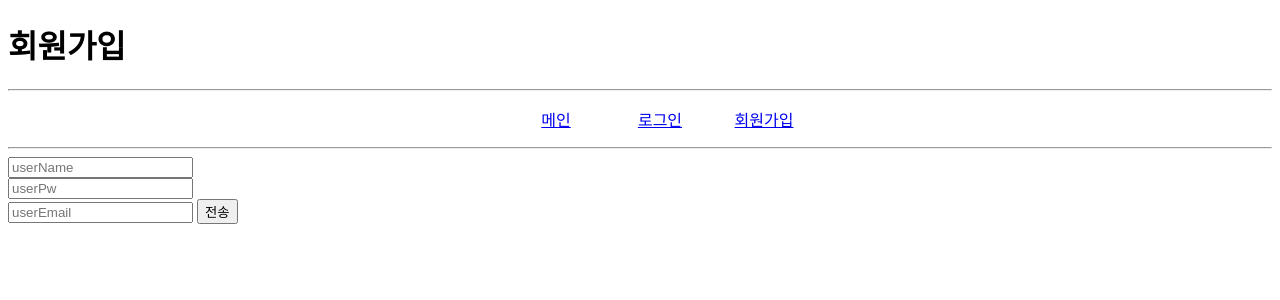
Repository: leesangbok/jsp-work
Page: http://localhost/cos/join.jsp
These files come from the project's save history. The page is drawn as it stood at one moment and after a run of saves; the edit follows.
The browser window is 1280 px wide. The pictures show the whole page.
The page is served by Tomcat 9.

Above is the page before, as saved 2020-08-22 06:28:08.

### cos/WebContent/join.jsp
<%@ page language="java" contentType="text/html; charset=UTF-8"
    pageEncoding="UTF-8"%>
<!DOCTYPE html>
<html>
<head>
<meta charset="UTF-8">
<title>회원가입</title>
 <style>
 	ul{text-align: center;}
 	li{display: inline-block; width: 100px;}
 </style>
</head>
<body>
	<h1>회원가입</h1>
	<hr/>
	<ul>
		<li><a href="main.jsp" title="메인">메인</a></li>
		<li><a href="login.jsp" title="로그인">로그인</a></li>
		<li><a href="join.jsp" title="회원가입">회원가입</a></li>
	</ul>
	<hr/>
	<!-- form태그 :: 데이터를 전송하기 위한 박스 이다 -->
	<form action="joinProc.jsp" method="post">
		<input type="text" name="userName" placeholder="userName"/><br/>
		<input type="password" name="password"placeholder="userPw"/><br/>
		<input type="email" name="email" placeholder="userEmail"/>
		<button>전송</button>
	</form>
</body>
</html>

### cos/WebContent/layout/header.jsp
<%@ page language="java" contentType="text/html; charset=UTF-8"
    pageEncoding="UTF-8"%>

<!DOCTYPE html>
<html>
<head>
<meta charset="UTF-8">
<title>메인페이지</title>

 <style>
 	ul{text-align: center;}
 	li{display: inline-block; width: 100px;}
 </style>
</head>
<body>
	<ul>
		<li><a href="main.jsp" title="">메인</a></li>
		<li><a href="login.jsp" title="">로그인</a></li>
		<li><a href="join.jsp" title="">회원가입</a></li>
	</ul>
	<hr/>
</body>
</html>

### cos/WebContent/layout/footer.jsp
<%@ page language="java" contentType="text/html; charset=UTF-8"
    pageEncoding="UTF-8"%>
<hr/>
<h1>footer</h1>

After the next 2 saves:
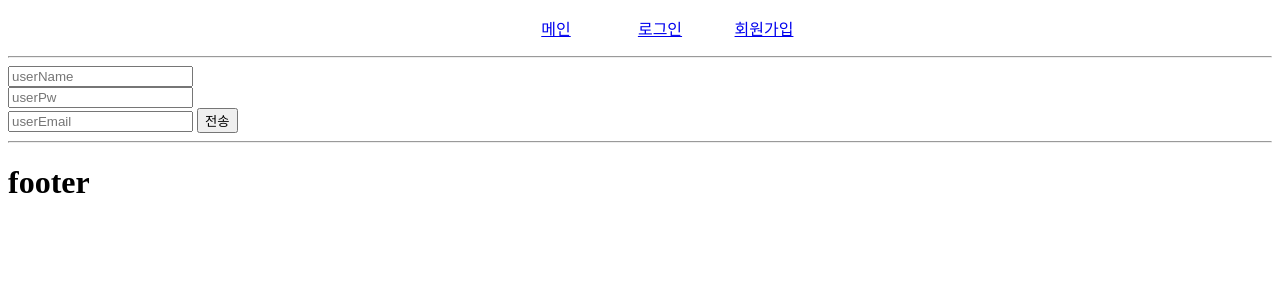
The 2 saves are shown as one change because they came seconds apart.
The last was saved 28 s later.
--- a/cos/WebContent/join.jsp
+++ b/cos/WebContent/join.jsp
@@ -1,24 +1,6 @@
 <%@ page language="java" contentType="text/html; charset=UTF-8"
     pageEncoding="UTF-8"%>
-<!DOCTYPE html>
-<html>
-<head>
-<meta charset="UTF-8">
-<title>회원가입</title>
- <style>
- 	ul{text-align: center;}
- 	li{display: inline-block; width: 100px;}
- </style>
-</head>
-<body>
-	<h1>회원가입</h1>
-	<hr/>
-	<ul>
-		<li><a href="main.jsp" title="메인">메인</a></li>
-		<li><a href="login.jsp" title="로그인">로그인</a></li>
-		<li><a href="join.jsp" title="회원가입">회원가입</a></li>
-	</ul>
-	<hr/>
+<%@ include file="layout/header.jsp" %>
 	<!-- form태그 :: 데이터를 전송하기 위한 박스 이다 -->
 	<form action="joinProc.jsp" method="post">
 		<input type="text" name="userName" placeholder="userName"/><br/>
@@ -26,5 +8,6 @@
 		<input type="email" name="email" placeholder="userEmail"/>
 		<button>전송</button>
 	</form>
+<%@ include file="layout/footer.jsp" %>
 </body>
 </html>
